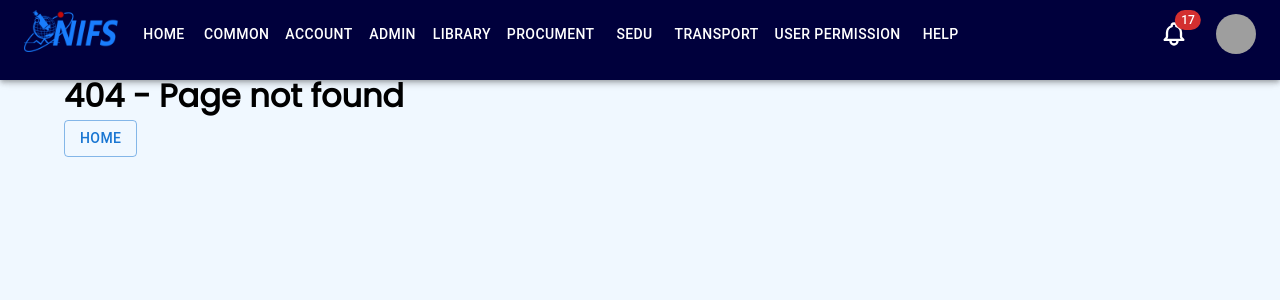
Repository: virangaj/NIFS-WebApp
Page: /error-404 (app in client/)
The author's editor kept a copy of each file at every save. The page is drawn from the files as they stood at one save, then again after the next save.
The browser window is 1280 px wide. The pictures show the whole page.
Pictures or frames that could not be fetched are drawn as grey boxes. The project was rebuilt for these pictures with package versions that can differ from the ones it lists, and the page was loaded fresh each time. Also part of the build but not shown: client/src/pages/Login.tsx, client/src/pages/Home.tsx, client/src/components/Transport/shared/TransportNavbar.js, client/src/pages/TransportMainPage.tsx, client/src/pages/CommonMainPage.tsx, client/src/pages/AccountMainPage.tsx, client/src/pages/AdminMainPage.tsx, client/src/pages/LibraryMainPage.js and 16 more.

Above is the page before, as saved 2022-07-27 20:11:45.

After the next save:
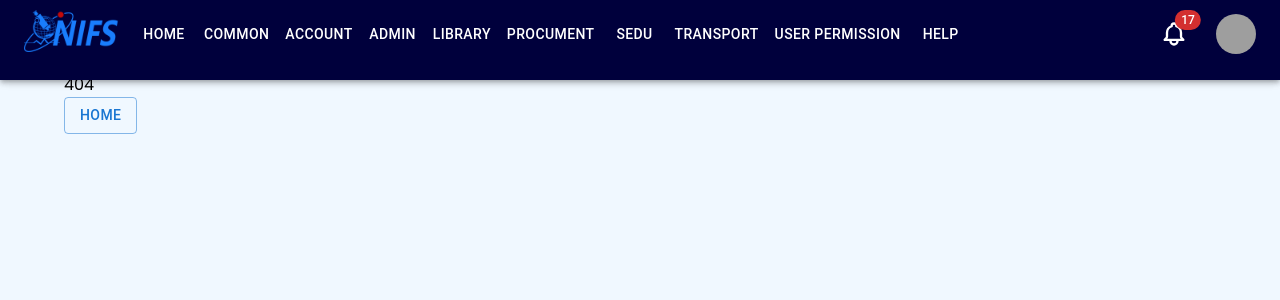
Saved 12 s later.
--- a/client/src/pages/ErrorPage.tsx
+++ b/client/src/pages/ErrorPage.tsx
@@ -7,7 +7,7 @@ function ErrorPage() {
         <div className="body-content">
             <div className='error-page'>
                 <div>
-                    <h1>404 - Page not found</h1>
+                    <p>404</p>
                     <Link to='/'>
                         <Button variant="outlined">Home</Button>
                     </Link>
